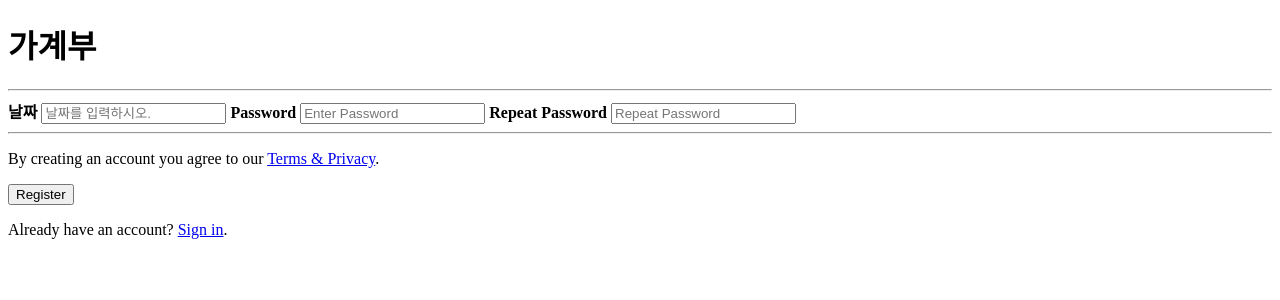
Repository: yonghwankim-dev/FinancialLedgerService
Page: http://localhost/FinancialLedger/
These files come from the project's save history. The page is drawn as it stood at one moment and after the next save; the edit follows.
The browser window is 1280 px wide. The pictures show the whole page.
The page is served by Tomcat 9. Other server files are loaded and not shown.

Above is the page before, as saved 2021-02-23 03:31:57.
Not found: FinancialLedger/css/index.css

### FinancialLedger/WebContent/index.jsp
<%@ page language="java" contentType="text/html; charset=EUC-KR"
    pageEncoding="EUC-KR"%>
<!DOCTYPE html>
<html>
<head>
<meta charset="EUC-KR">
<title>Insert title here</title>
<link rel="stylesheet" href="/css/index.css">
</head>
<body>
	<form action="action_page.php">
	  <div class="container">
	    <h1>가계부</h1>
	    <hr>

	    <label for="regdate"><b>날짜</b></label>
	    <input type="text" placeholder="날짜를 입력하시오." name="regdate" id="regdate" required>

	    <label for="psw"><b>Password</b></label>
	    <input type="password" placeholder="Enter Password" name="psw" id="psw" required>

	    <label for="psw-repeat"><b>Repeat Password</b></label>
	    <input type="password" placeholder="Repeat Password" name="psw-repeat" id="psw-repeat" required>
	    <hr>

	    <p>By creating an account you agree to our <a href="#">Terms & Privacy</a>.</p>
	    <button type="submit" class="registerbtn">Register</button>
	  </div>

	  <div class="container signin">
	    <p>Already have an account? <a href="#">Sign in</a>.</p>
	  </div>
	</form>
</body>
</html>

After the next save:
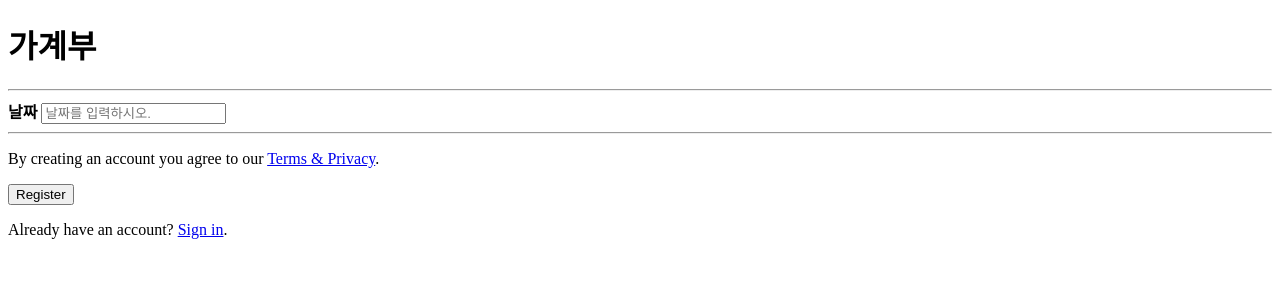
Saved 10 s later.
--- a/FinancialLedger/WebContent/index.jsp
+++ b/FinancialLedger/WebContent/index.jsp
@@ -15,12 +15,6 @@
 
 	    <label for="regdate"><b>날짜</b></label>
 	    <input type="text" placeholder="날짜를 입력하시오." name="regdate" id="regdate" required>
-
-	    <label for="psw"><b>Password</b></label>
-	    <input type="password" placeholder="Enter Password" name="psw" id="psw" required>
-
-	    <label for="psw-repeat"><b>Repeat Password</b></label>
-	    <input type="password" placeholder="Repeat Password" name="psw-repeat" id="psw-repeat" required>
 	    <hr>
 
 	    <p>By creating an account you agree to our <a href="#">Terms & Privacy</a>.</p>
